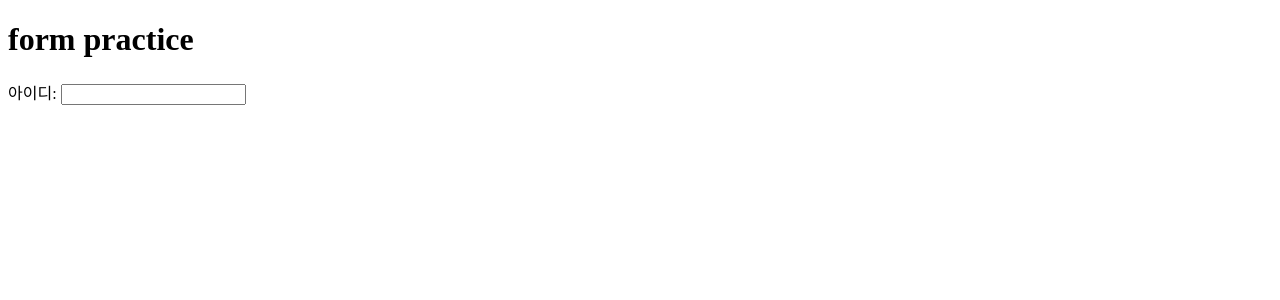
Repository: keeka2/webPractice
Page: MyStudy/HTML_Study/work/0821/WebContent/ex7_form.html
The author's editor kept a copy of each file at every save. The page is drawn from the files as they stood at one save, then again after the next save.
The browser window is 1280 px wide. The pictures show the whole page.

Above is the page before, as saved 2020-08-21 07:42:56.

After the next save:
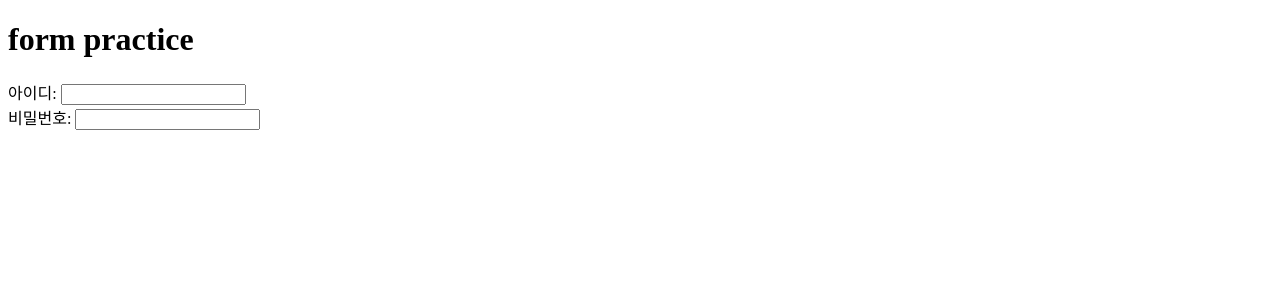
Saved 3 min 42 s later.
--- a/MyStudy/HTML_Study/work/0821/WebContent/ex7_form.html
+++ b/MyStudy/HTML_Study/work/0821/WebContent/ex7_form.html
@@ -16,7 +16,14 @@
 		method: 전송방식 GET / POST
 		 -->
 		 <form action="" method="get">
-		 	아이디: <input type="text" id="s_id" name="id"/>
+		 	<label for="s_id">
+		 		아이디:
+		 	</label>
+		 	<input type="text" id="s_id" name="id"/>
+		 	</br>
+
+		 	<label for="s_pw">비밀번호: </label>
+		 	<input type="text" id="s_pw" name="pw"/>
 		 </form>
 	</div>
 
